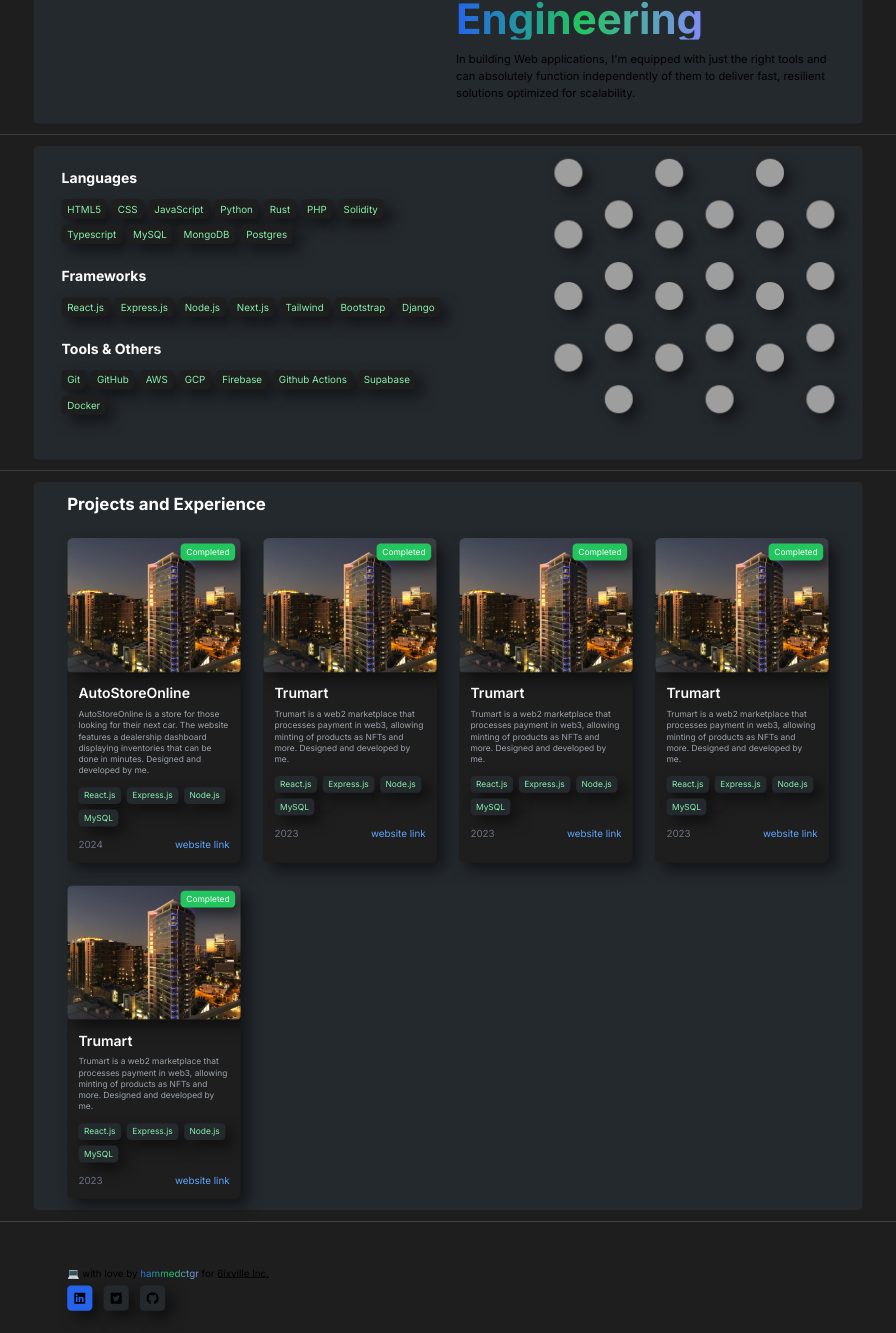
Repository: muhammedctgr/hammedctgr
Page: /
The author's editor kept a copy of each file at every save. The page is drawn from the files as they stood at one save, then again after a run of saves.
The browser window is 1280 px wide. The pictures show the part of the page from y = 852 to 2772 px (the page is 2756 px tall before and 2772 px after), at 70% of full size.
Pictures or frames that could not be fetched are drawn as grey boxes. The project was rebuilt for these pictures with package versions that can differ from the ones it lists, and the page was loaded fresh each time. The framework's server and built-in components were replaced by stand-ins that run in the browser. Also part of the build but not shown: next.config.mjs.

Above is the page before, as saved 2024-08-13 19:38:56.

After the next 2 saves:
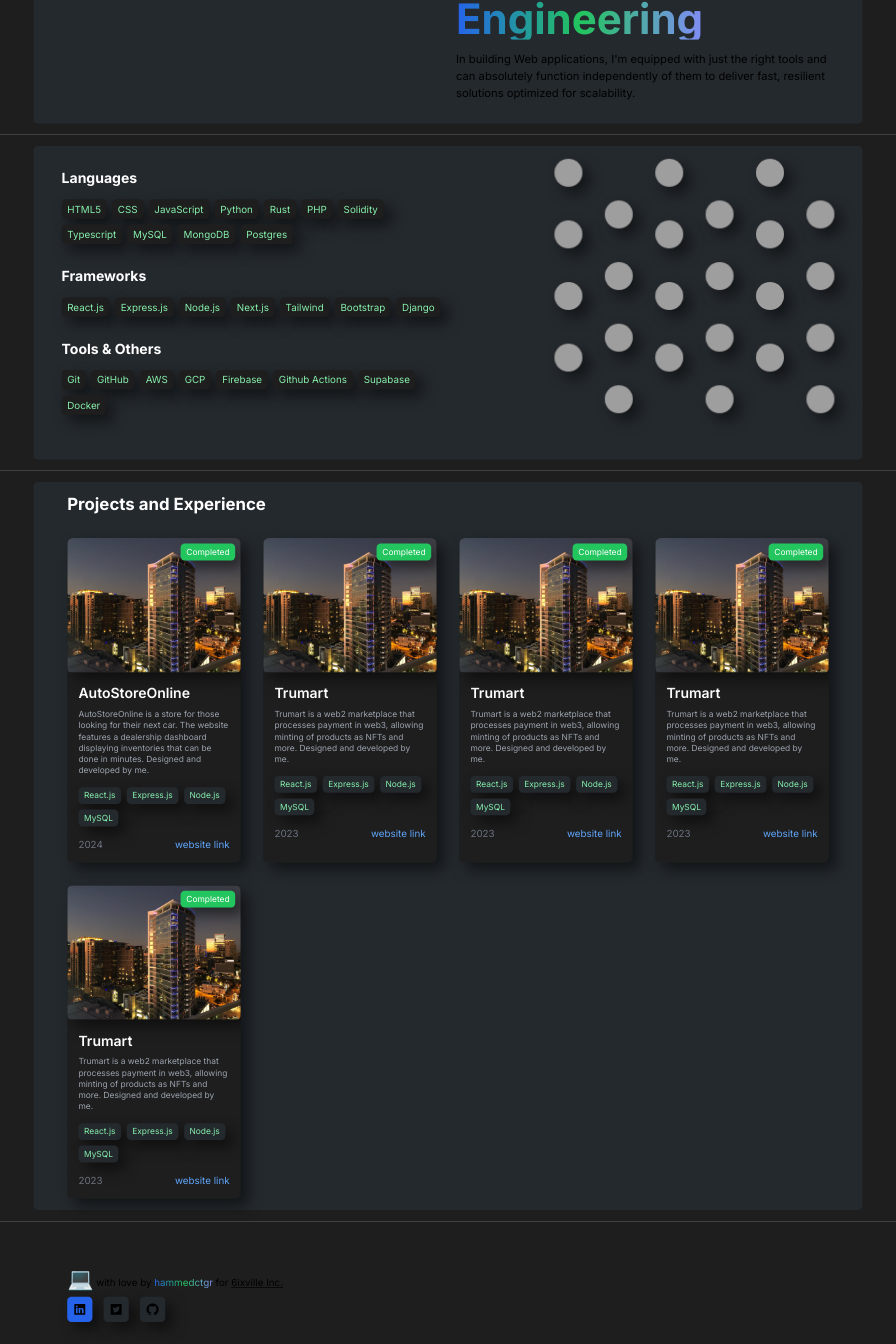
The 2 saves are shown as one change because they came seconds apart.
The last was saved 116 s later.
--- a/components/Footer.tsx
+++ b/components/Footer.tsx
@@ -5,7 +5,7 @@ const Footer = () => {
         <div className="bg-gptGray px-4 py-4 md:pt-8 md:px-8 lg:px-12">
             <div className='bg-gptGray px-4 py-4 md:pt-8 md:px-12 text-sm'>
             <p>
-            <span className='text'>&#128187;</span> with love by <span className='bg-gradient-to-r from-blue-600 via-green-500 to-indigo-400 inline-block text-transparent bg-clip-text'>hammedctgr</span> for <a href="https://6ixville.github.io/" target="_blank" rel="noopener noreferrer" className='underline'>6ixville Inc.</a>
+            <span className='text-3xl'>&#128187;</span> with love by <span className='bg-gradient-to-r from-blue-600 via-green-500 to-indigo-400 inline-block text-transparent bg-clip-text'>hammedctgr</span> for <a href="https://6ixville.github.io/" target="_blank" rel="noopener noreferrer" className='underline'>6ixville Inc.</a>
             </p>
             <div className="">
             <div className="mt-2 flex justify-start space-x-4">
